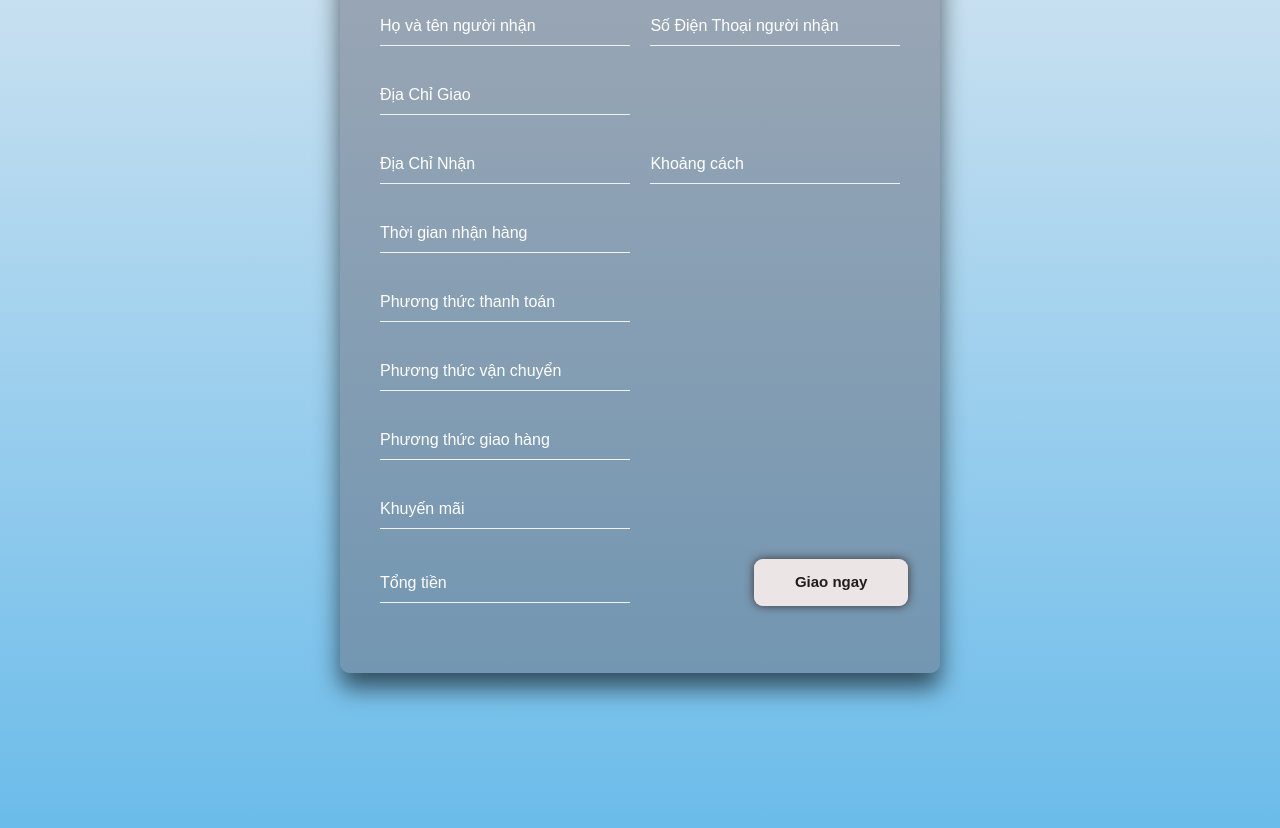
Repository: Pnguyen285/Demo
Page: Giao diện/index.html
These files come from the project's save history. The page is drawn as it stood at one moment and after the next save; the edit follows.
The browser window is 1280 px wide. The pictures show the part of the page from y = 324 to 1152 px (the page is 1152 px tall).
A picture or video elsewhere on the page could not be fetched, so the positions and the page height are approximate.

Above is the page before, as saved 2023-07-29 16:37:19.

After the next save:
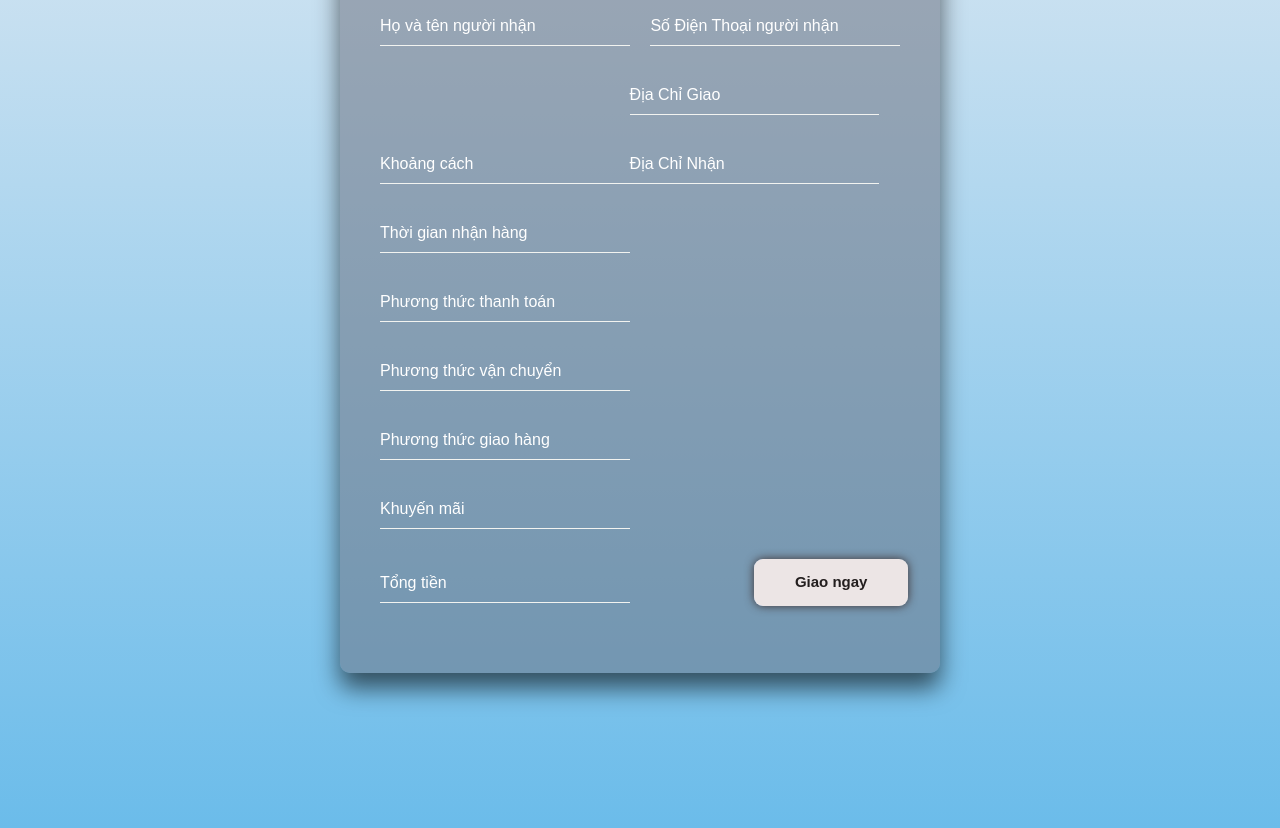
Saved 35 s later.
--- a/Giao diện/style.css
+++ b/Giao diện/style.css
@@ -146,11 +146,11 @@
 .user-box2 > div:last-child {
   margin: 0;
 }
-.user-box2 < div {
-  float: left;
+.user-box2 > div {
+  float: right;
   width: 48%;
   margin-right: 4%;
 }
-.user-box2 < div:last-child {
+.user-box2 > div:last-child {
   margin: 0;
 }

After the save that followed:
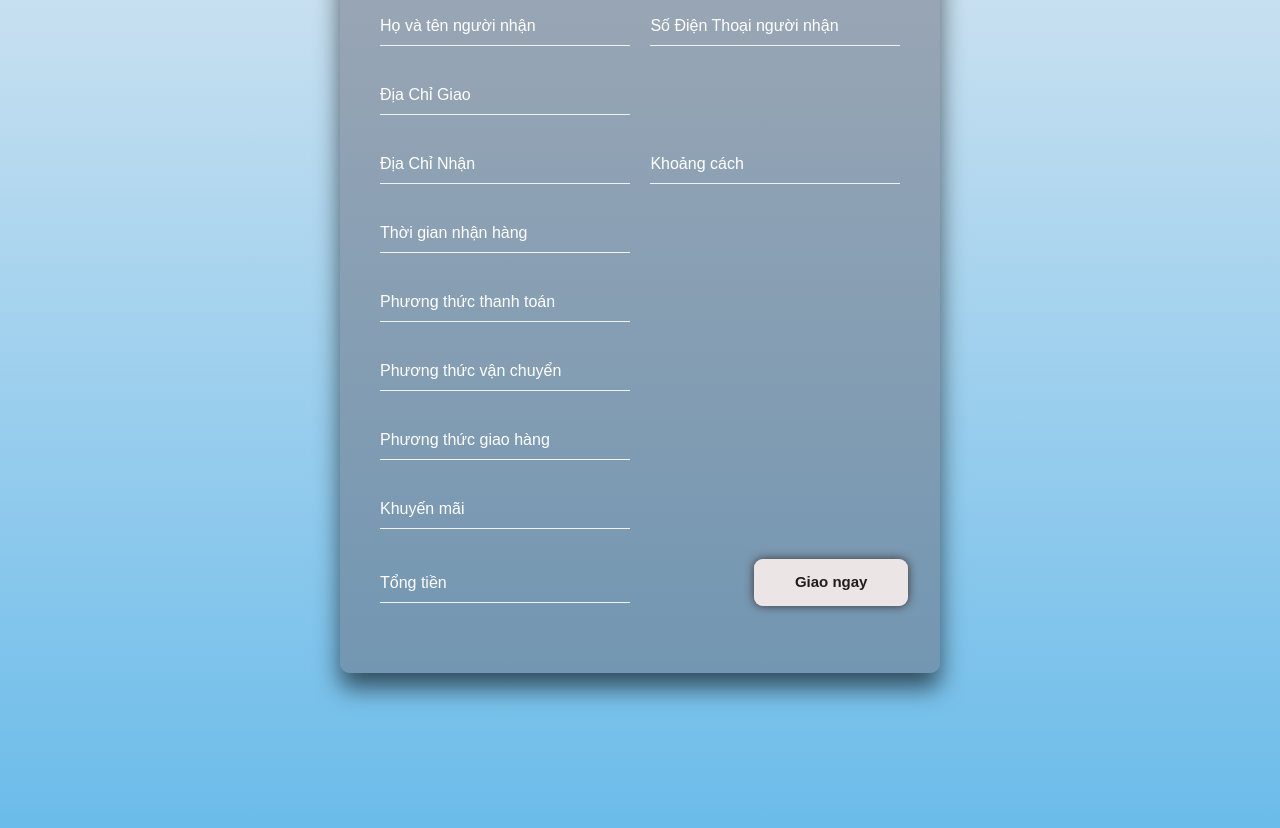
Saved 24 s later.
--- a/Giao diện/style.css
+++ b/Giao diện/style.css
@@ -147,7 +147,7 @@
   margin: 0;
 }
 .user-box2 > div {
-  float: right;
+  float: left;
   width: 48%;
   margin-right: 4%;
 }
